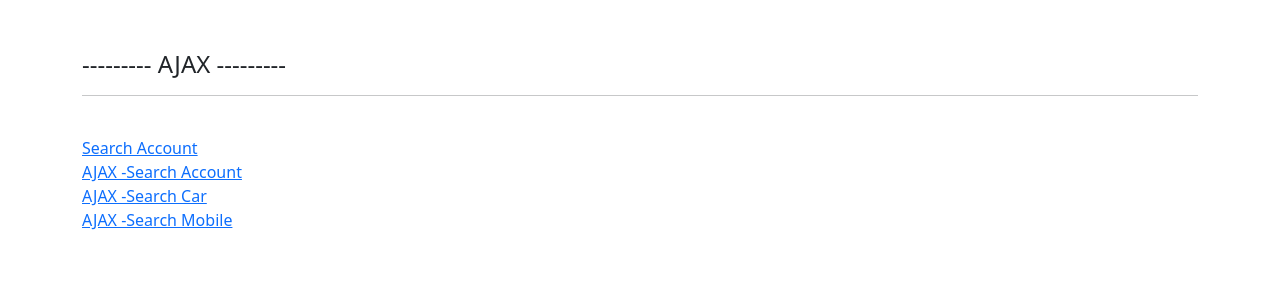
Repository: Kapil-06/My-Java-Projects
Page: http://localhost/AJAX_Module/
These files come from the project's save history. The page is drawn as it stood at one moment and after the next save; the edit follows.
The browser window is 1280 px wide. The pictures show the whole page.
The page is served by Tomcat 9. Other server files are loaded and not shown.

Above is the page before, as saved 2023-06-12 18:29:11.

### AJAX Module/src/main/webapp/index.jsp
<%@ page language="java" contentType="text/html; charset=ISO-8859-1"
    pageEncoding="ISO-8859-1"%>
<!DOCTYPE html>
<html>
<head>
<meta charset="ISO-8859-1">
<title>Ajax</title>
<link rel="stylesheet" href="bootstrap.min.css">
</head>
<body style="margin-top: 50px;">
    <div class="container">
        <h4>--------- AJAX ---------</h4>
        <hr>
        <br>
        <a href="SearchAccount.html">Search Account</a>
		<br>
		<a href="SearchAccountUsingAjax.html">AJAX -Search Account</a>
		<br>
		<a href="SearchCarInfo.html">AJAX -Search Car</a>
		<br>
		<a href="SearchMobileInfo.html">AJAX -Search Mobile</a>
    </div>
</body>
</html>

Loaded but not shown: AJAX Module/src/main/webapp/bootstrap.min.css (library)

After the next save:
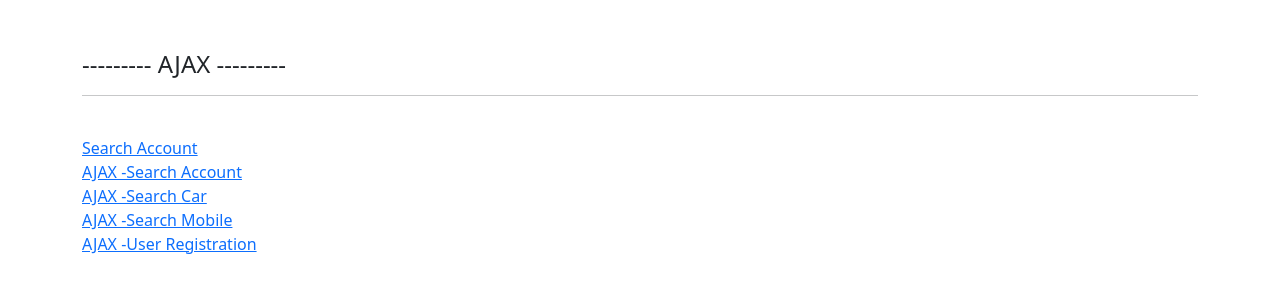
Saved 2 days later.
--- a/AJAX Module/src/main/webapp/index.jsp
+++ b/AJAX Module/src/main/webapp/index.jsp
@@ -19,6 +19,8 @@
 		<a href="SearchCarInfo.html">AJAX -Search Car</a>
 		<br>
 		<a href="SearchMobileInfo.html">AJAX -Search Mobile</a>
+		<br>
+		<a href="Registration.html">AJAX -User Registration</a>
     </div>
 </body>
 </html>
